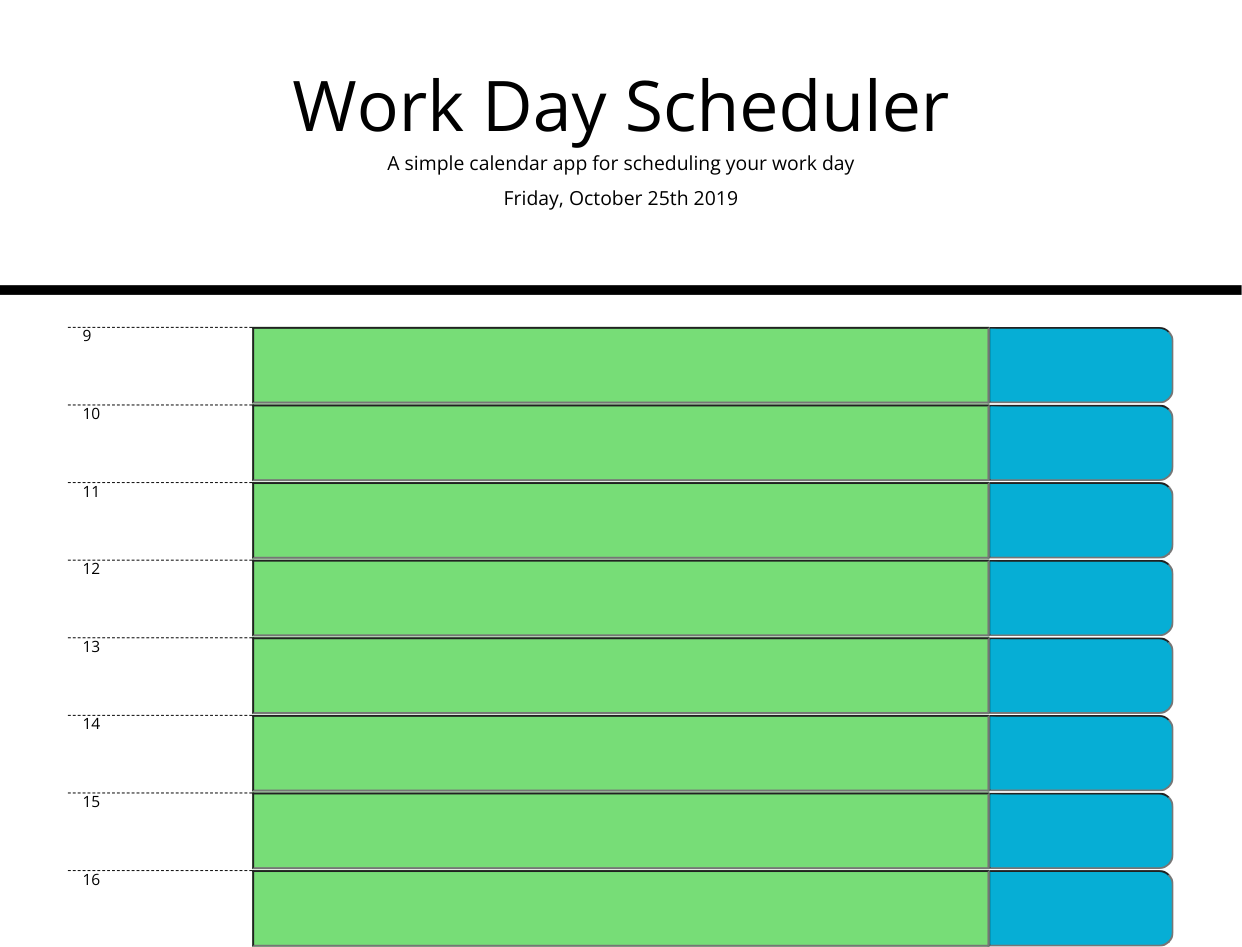
Repository: s88leigh/Day-Planner
Page: Develop/index.html
An editor plug-in stored every save of this project. The page is shown before and after the next save, followed by the edit.
The browser window is 1280 px wide. The pictures show the whole page, at 97% of full size.
Some web libraries are served in a nearby version.

Above is the page before, as saved 2019-10-26 09:46:55.

### Develop/index.html
<!DOCTYPE html>
<html lang="en">
  <head>
    <meta charset="UTF-8" />
    <meta name="viewport" content="width=device-width, initial-scale=1.0" />
    <meta http-equiv="X-UA-Compatible" content="ie=edge" />
    <link
      rel="stylesheet"
      href="https://stackpath.bootstrapcdn.com/bootstrap/4.3.1/css/bootstrap.min.css"
    />
    <link
      rel="stylesheet"
      href="https://use.fontawesome.com/releases/v5.8.1/css/all.css"
      integrity="sha384-50oBUHEmvpQ+1lW4y57PTFmhCaXp0ML5d60M1M7uH2+nqUivzIebhndOJK28anvf"
      crossorigin="anonymous"
    />
    <link
      href="https://fonts.googleapis.com/css?family=Open+Sans&display=swap"
      rel="stylesheet"
    />
    <link rel="stylesheet" href="style.css" />
    <title>Work Day Scheduler</title>
  </head>

  <body>
    <script src="lib\moment\moment.min.js"></script>

    <header class="jumbotron">
      <h1 class="display-3">Work Day Scheduler</h1>
      <p class="lead">A simple calendar app for scheduling your work day</p>
      <p id="currentDay" class="lead">8:00</p>
    </header>
    <div class="container">
      <!-- Timeblocks go here -->

   </div>



    <script>
      const curDay = document.querySelector(".currentDay");

      function updateTime(){
        const now = moment();
        const date = now.format("dddd, MMMM Do YYYY");

        currentDay.textContent = date;
      }
      setInterval (updateTime , 1000)
      updateTime();


    </script>


    <script src="https://code.jquery.com/jquery-3.4.1.min.js"></script>
    <script src="https://cdnjs.cloudflare.com/ajax/libs/moment.js/2.24.0/moment.min.js"></script>
    <script src="script.js"></script>
    </body>
</html>

### Develop/style.css
body {
  font-family: 'Open Sans', sans-serif;
  font-size: 16px;
  line-height: 1;
}

textarea{
  background: transparent;
  border: none;
  resize: none;
  color: #000000;
  border-left: 1px solid black;
  padding: 10px;
}

.jumbotron {
  text-align: center;
  background-color: transparent;
  color: black;
  border-radius: 0;
  border-bottom: 10px solid black;
}

.description{
  white-space: pre-wrap;
}

.time-block{
  text-align: center;
  border-radius: 15px;
}

.row {
  white-space: pre-wrap;
  height: 80px;
  border-top: 1px solid white;;
}

.hour {
  background-color: #ffffff;
  color: #000000;
  border-top: 1px dashed #000000;
}

.past {
  background-color: #d3d3d3;
  color: white;
}

.present {
  background-color: #ff6961;
  color: white;
}

.future {
  background-color: #77dd77;
  color: white;
}

.saveBtn {
  border-left: 1px solid black;
  border-top-right-radius: 15px;
  border-bottom-right-radius: 15px;
  background-color: #06AED5;
  color: white;
}

.saveBtn i:hover {
  font-size: 20px;
  transition: all .3s ease-in-out;
}

### Develop/script.js
var startTime = 9;
var endTime = 17
timeSlots = $(".container");

for(i = startTime; i < endTime; i++) {
    newHour = $("<div>");
    newHour.addClass("row");

    hour = $("<div>");
    hour.addClass("col-2 hour");
    hour.text(i);

    dailyTask = $("<input>");
    dailyTask.addClass("col-8");
    dailyTask.addClass("future");

    saveButton = $("<input>");
    saveButton.addClass("col-2 saveBtn");
    saveButton.addClass("saveBtn i:hover");
    saveButton.text("save");

    newHour.append(hour, dailyTask, saveButton);
    timeSlots.append(newHour);
 }


var saveButton = $(".saveBtn");
var dailyTask = $("input");

$(".saveBtn").on("click", function(){

  console.log("clicked save button");
    });

$("input").on("change", function(event) {
    event.preventDefault();
    console.log("Daily Task");
})


    // localStorage.setItem("dailyTask", dailyTaskInput);

    // var saveButton=JSON.stringify(value);
    // localStorage.setItem("saveButton", saveButtonJSON);

Loaded but not shown: Develop/lib/moment/moment.min.js (library)

After the next save:
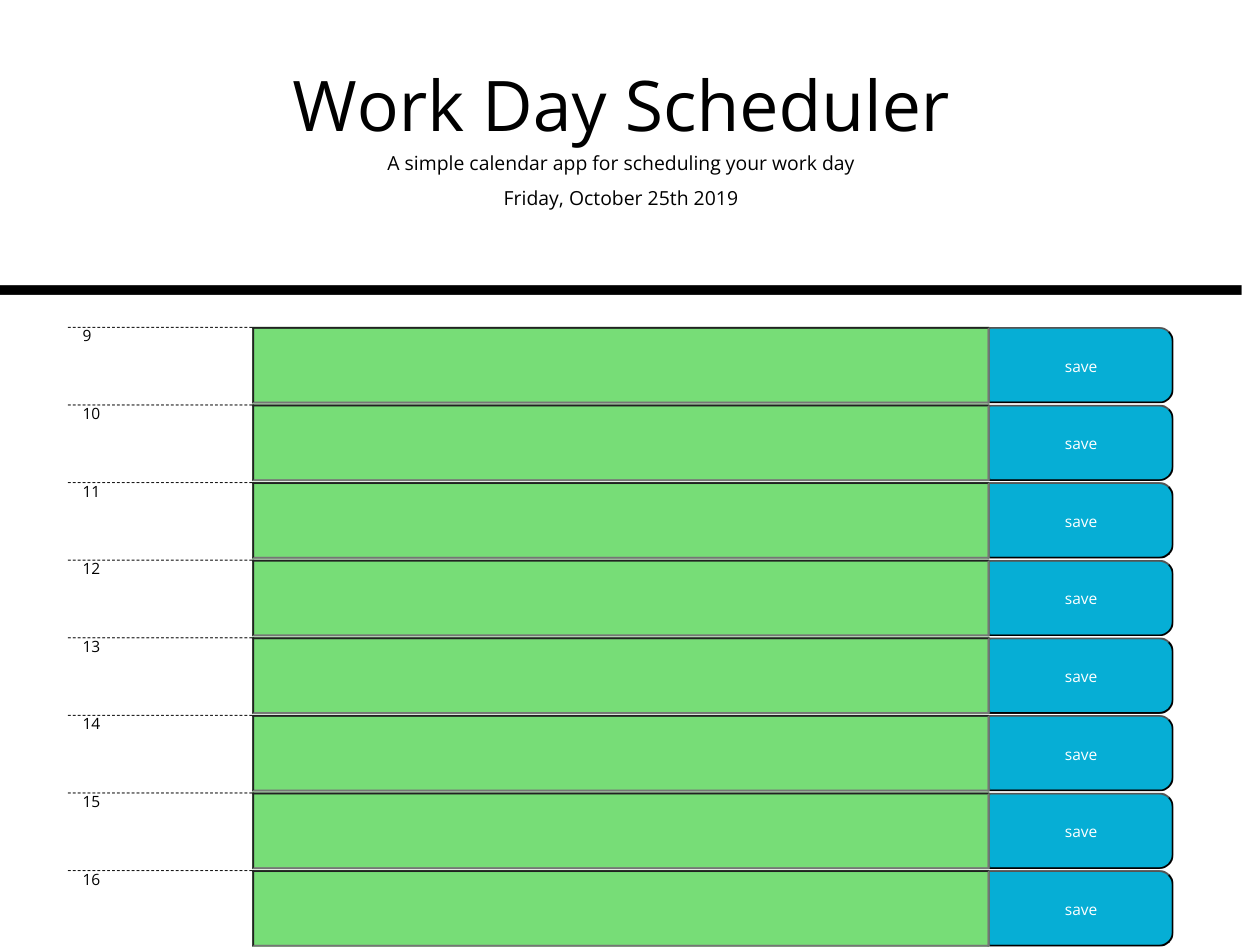
Saved 19 s later.
--- a/Develop/script.js
+++ b/Develop/script.js
@@ -14,7 +14,7 @@ for(i = startTime; i < endTime; i++) {
     dailyTask.addClass("col-8");
     dailyTask.addClass("future");
 
-    saveButton = $("<input>");
+    saveButton = $("<button>");
     saveButton.addClass("col-2 saveBtn");
     saveButton.addClass("saveBtn i:hover");
     saveButton.text("save");
